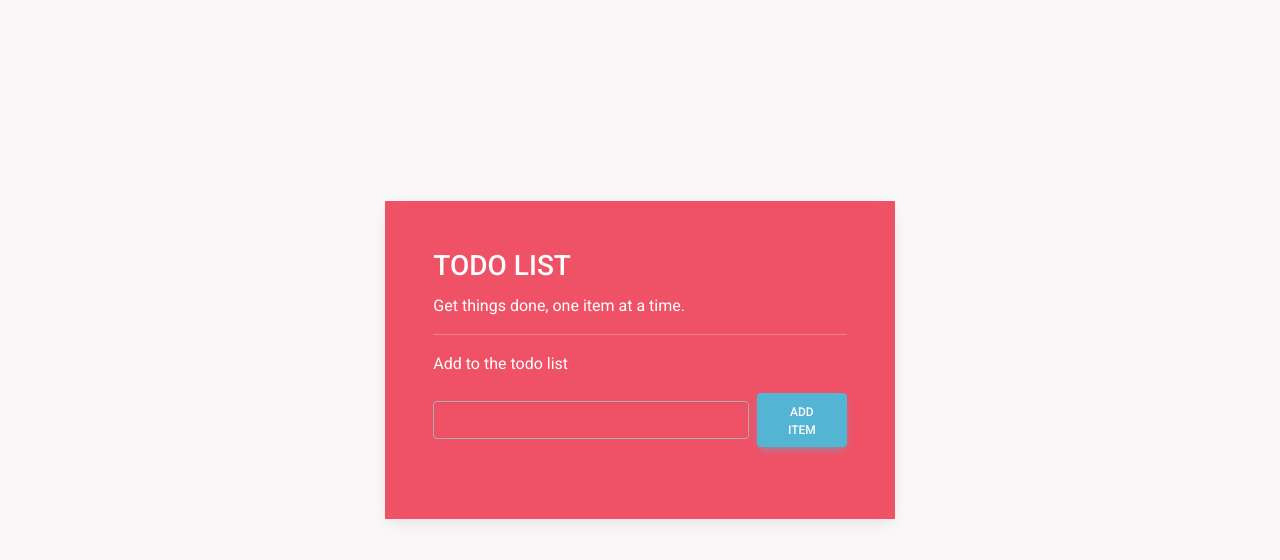
Repository: TinhTT336/MD02_HACKATHON01_HN_JV230620_BS_TranThiTinh_Basic
Page: /
These files come from the project's save history. The page is drawn as it stood at one moment and after a run of saves; the edit follows.
The browser window is 1280 px wide. The pictures show the whole page.
Some web libraries are served in a nearby version. The project was rebuilt for these pictures with package versions that can differ from the ones it lists, and the page was loaded fresh each time. Also part of the build but not shown: vite.config.js, src/App.css.

Above is the page before, as saved 2023-09-05 11:25:38.

### index.html
<!DOCTYPE html>
<html lang="en">
  <head>
    <meta charset="UTF-8" />
    <link rel="icon" type="image/svg+xml" href="/vite.svg" />
    <meta name="viewport" content="width=device-width, initial-scale=1.0" />
    <title>Vite + React</title>
    <link
      href="https://cdnjs.cloudflare.com/ajax/libs/font-awesome/6.0.0/css/all.min.css"
      rel="stylesheet"
    />
    <link
      href="https://fonts.googleapis.com/css?family=Roboto:300,400,500,700&display=swap"
      rel="stylesheet"
    />
    <link
      href="https://cdnjs.cloudflare.com/ajax/libs/mdb-ui-kit/6.2.0/mdb.min.css"
      rel="stylesheet"
    />
  </head>
  <body>
    <div id="root"></div>
    <script type="module" src="/src/main.jsx"></script>
  </body>
</html>

### src/App.jsx
import { useState } from 'react'
import './App.css'
import TodoList from './TodoList/todoList'

function App() {
  const [count, setCount] = useState(0)

  return (
    <>
      <TodoList />
    </>
  )
}

export default App

### src/index.css
/* :root {
  font-family: Inter, system-ui, Avenir, Helvetica, Arial, sans-serif;
  line-height: 1.5;
  font-weight: 400;

  color-scheme: light dark;
  color: rgba(255, 255, 255, 0.87);
  background-color: #242424;

  font-synthesis: none;
  text-rendering: optimizeLegibility;
  -webkit-font-smoothing: antialiased;
  -moz-osx-font-smoothing: grayscale;
  -webkit-text-size-adjust: 100%;
}

a {
  font-weight: 500;
  color: #646cff;
  text-decoration: inherit;
}
a:hover {
  color: #535bf2;
}

body {
  margin: 0;
  display: flex;
  place-items: center;
  min-width: 320px;
  min-height: 100vh;
}

h1 {
  font-size: 3.2em;
  line-height: 1.1;
}

button {
  border-radius: 8px;
  border: 1px solid transparent;
  padding: 0.6em 1.2em;
  font-size: 1em;
  font-weight: 500;
  font-family: inherit;
  background-color: #1a1a1a;
  cursor: pointer;
  transition: border-color 0.25s;
}
button:hover {
  border-color: #646cff;
}
button:focus,
button:focus-visible {
  outline: 4px auto -webkit-focus-ring-color;
}

@media (prefers-color-scheme: light) {
  :root {
    color: #213547;
    background-color: #ffffff;
  }
  a:hover {
    color: #747bff;
  }
  button {
    background-color: #f9f9f9;
  }
} */
body {
  background-color: #faf7f8 !important;
}
.vh-100 {
  width: 50% !important;
  margin: 0 auto !important;
}
.card-body {
  background-color: #ef5267 !important;
  color: #fff !important;
}

### src/TodoList/todoList.jsx
import React, { useRef, useState } from 'react'

export default function TodoList() {
    const [input, setInput] = useState("");
    const [todos, setTodos] = useState(() => {
        const list = JSON.parse(localStorage.getItem("todos")) || [];
        return list;
    });
    const inputRef = useRef();
    const [idEdit, setIdEdit] = useState(null);
    // ham them submit
    const handleSubmit = (e) => {
        e.preventDefault();
        if (input !== "") {
            const newTodo = {
                id: Date.now(),
                title: input,
                status: false,
            }
            const newList = [...todos, newTodo];
            setTodos(newList);
            localStorage.setItem("todos", JSON.stringify(newList));
            setInput("");
            inputRef.current.focus();
        }
        if (idEdit !== -1) {
            const newList = todos.map(t => t.id === idEdit ? (t = { ...t, title: input }) : (t = { ...t }));
            setTodos(newList);
            localStorage.setItem("todos", JSON.stringify(newList));
            inputRef.current.focus();
        }
    }
    // ham xoa
    const handleDelete = (id) => {
        const newList = todos.filter(t => t.id !== id);
        setTodos(newList);
        localStorage.setItem("todos", JSON.stringify(newList));
        inputRef.current.focus();
    }
    // ham sua
    const handleEdit = (id) => {
        const todoEdit = todos.find(t => t.id === id);
        setInput(todoEdit.title);
        setIdEdit(id);
        inputRef.current.focus();
    }
    // ham check
    const handleCheck = (id) => {
        const newList = todos.map(t => t.id === id ? (t = { ...t, status: !t.status }) : (t = { ...t }));
        setTodos(newList);
        localStorage.setItem("todos", JSON.stringify(newList));
        inputRef.current.focus();
    }
    return (
        <div>
            <section className="vh-100 gradient-custom">
                <div className="container py-5 h-100">
                    <div
                        className="row d-flex justify-content-center align-items-center
              h-100"
                    >
                        <div className="col col-xl-10">
                            <div className="card">
                                <div className="card-body p-5">
                                    <h3 style={{ marginBottom: 10 }}>
                                        TODO LIST
                                    </h3>
                                    <p>Get things done, one item at a time.</p>
                                    <hr></hr>
                                    {/* Tabs content */}
                                    <div className="tab-content">
                                        <div className="tab-pane fade show active">
                                            <ul className="list-group mb-0">
                                                {todos.map(t => (
                                                    <li key={t.id}
                                                        className="list-group-item d-flex
                                          align-items-center border-0 mb-2
                                          rounded justify-content-between"
                                                        style={{ backgroundColor: "#f4f6f7" }}
                                                    >
                                                        {t.status === true ? (<s>{t.title}</s>) : (<span>{t.title}</span>)}
                                                        <div>
                                                            <input
                                                                className="form-check-input me-2"
                                                                type="checkbox" checked={t.status === true} onChange={() => handleCheck(t.id)}
                                                            />
                                                            <a className="text-info" title="Sửa công việc" onClick={() => handleEdit(t.id)}>
                                                                <i
                                                                    className="fas
                                                      fa-pencil-alt
                                                      me-3"
                                                                />
                                                            </a>
                                                            <a onClick={() => handleDelete(t.id)}
                                                                className="text-danger"
                                                                title="Xóa công việc"
                                                            >
                                                                <i
                                                                    className="fas
                                                      fa-trash-alt"
                                                                />
                                                            </a>
                                                        </div>
                                                    </li>
                                                ))}
                                            </ul>
                                            <div className="tab-content">
                                                <p>Add to the todo list</p>
                                                <form onSubmit={handleSubmit}
                                                    className="d-flex justify-content-center
                              align-items-center mb-4"
                                                >
                                                    <div className="form-outline flex-fill">
                                                        <input type="text" id="form2" className="form-control" style={{ border: "1px solid #afafaf" }} value={input} onChange={(e) => setInput(e.target.value)} ref={inputRef} />
                                                        {/* <label className="form-label" htmlFor="form2">
                                                            ADD ITEM
                                                        </label> */}
                                                    </div>
                                                    <button
                                                        type="submit"
                                                        className="btn btn-info
                                  ms-2"
                                                    >
                                                        ADD ITEM
                                                    </button>
                                                </form>
                                            </div>
                                        </div>
                                    </div>
                                    {/* Tabs content */}
                                </div>
                            </div>
                        </div>
                    </div>
                </div>
            </section >

        </div >
    )
}

### src/TodoList/Todos.jsx
import React, { useRef, useState } from 'react'

export default function Todos() {
    const todoRef = useRef();
    const [todo, setTodo] = useState("");
    const [todos, setTodos] = useState(() => {
        const list = JSON.parse(localStorage.getItem("todos")) || [];
        return list;
    });
    const [idEdit, setIdEdit] = useState(null);
    // ham submit -add
    const handleSubmit = (e) => {
        e.preventDefault();
        if (todo !== "") {
            const inputTodo = {
                id: Date.now(),
                title: todo,
                completed: false,
            }
            const newTodos = ([...todos, inputTodo]);
            setTodos(newTodos)
            localStorage.setItem("todos", JSON.stringify(newTodos));
            setTodo("");
            todoRef.current.focus();
        }
        if (idEdit !== -1) {
            // const editTodo = todos.find(t => t.id === idEdit);
            // const updateTodos = todos.map(t => t.id === editTodo.id ? t = { ...t, title: todo } : t = { ...t });
            const updateTodos = todos.map(t => t.id === idEdit ? t = { ...t, title: todo } : t = { ...t });
            setTodos(updateTodos);
            localStorage.setItem("todos", JSON.stringify(updateTodos));
        }
    }
    // ham check
    const handleCheck = (id) => {
        const checkedTodos = todos.map(todo => todo.id === id ? { ...todo, completed: !todo.completed } : { ...todo })
        setTodos(checkedTodos);
        localStorage.setItem("todos", JSON.stringify(checkedTodos));
    }
    // ham xoa
    const handleDelete = (id) => {
        const newTodos = todos.filter(t => t.id !== id);
        setTodos(newTodos);
        localStorage.setItem("todos", JSON.stringify(newTodos));
        todoRef.current.focus();

    }
    // ham cap nhat
    const handleUpdate = (t) => {
        const editTodo = todos.find(item => item.id === t.id);
        setTodo(editTodo.title);
        setIdEdit(t.id);
        todoRef.current.focus();
    }
    return (
        <div>
            <section className="vh-100 gradient-custom">
                <div className="container py-5 h-100">
                    <div
                        className="row d-flex justify-content-center align-items-center
              h-100"
                    >
                        <div className="col col-xl-10">
                            <div className="card">
                                <div className="card-body p-5">
                                    <h3 style={{ textAlign: "center", marginBottom: 40 }}>
                                        MINI PROJECT TODO LIST
                                    </h3>
                                    <form onSubmit={handleSubmit}
                                        className="d-flex justify-content-center
                              align-items-center mb-4"
                                    >
                                        <div className="form-outline flex-fill">
                                            <input ref={todoRef} type="text" id="form2" className="form-control" value={todo} onChange={(e) => setTodo(e.target.value)} />
                                            <label className="form-label" htmlFor="form2">
                                                Thêm công việc
                                            </label>
                                        </div>
                                        <button
                                            type="submit"
                                            className="btn btn-info
                                  ms-2"
                                        >
                                            Thêm
                                        </button>
                                    </form>
                                    {/* Tabs navs */}
                                    <ul className="nav nav-tabs mb-4 pb-2" id="ex1" role="tablist">
                                        <li className="nav-item" role="presentation">
                                            <a className="nav-link active">Tất cả công việc</a>
                                        </li>
                                    </ul>
                                    {/* Tabs navs */}
                                    {/* Tabs content */}
                                    <div className="tab-content">
                                        <div className="tab-pane fade show active">
                                            <ul className="list-group mb-0">
                                                {/* {todos.length === 0 ? (<li>Chua co cong viec nao</li>) : */}
                                                {
                                                    todos.map(t => (
                                                        <li key={t.id}
                                                            className="list-group-item d-flex
                                          align-items-center border-0 mb-2
                                          rounded justify-content-between"
                                                            style={{ backgroundColor: "#f4f6f7" }}
                                                        >
                                                            <div>
                                                                <input onChange={() => handleCheck(t.id)}
                                                                    checked={t.completed === true}
                                                                    className="form-check-input me-2"
                                                                    type="checkbox"
                                                                />
                                                                {t.completed ? (<s>{t.title}</s>) : (<span>{t.title}</span>)}
                                                            </div>
                                                            <div>
                                                                <a onClick={() => handleUpdate(t)} className="text-info" title="Sửa công việc">
                                                                    <i
                                                                        className="fas
                                                      fa-pencil-alt
                                                      me-3"
                                                                    />
                                                                </a>
                                                                <a onClick={() => handleDelete(t.id)}
                                                                    className="text-danger"
                                                                    title="Xóa công việc"
                                                                >
                                                                    <i
                                                                        className="fas
                                                      fa-trash-alt"
                                                                    />
                                                                </a>
                                                            </div>
                                                        </li>
                                                    ))
                                                }
                                                {/* } */}
                                            </ul>
                                        </div>
                                    </div>
                                    {/* Tabs content */}
                                </div>
                            </div>
                        </div>
                    </div>
                </div>
            </section>

        </div>
    )
}

Loaded but not shown: src/main.jsx (common file)

After the next 2 saves:
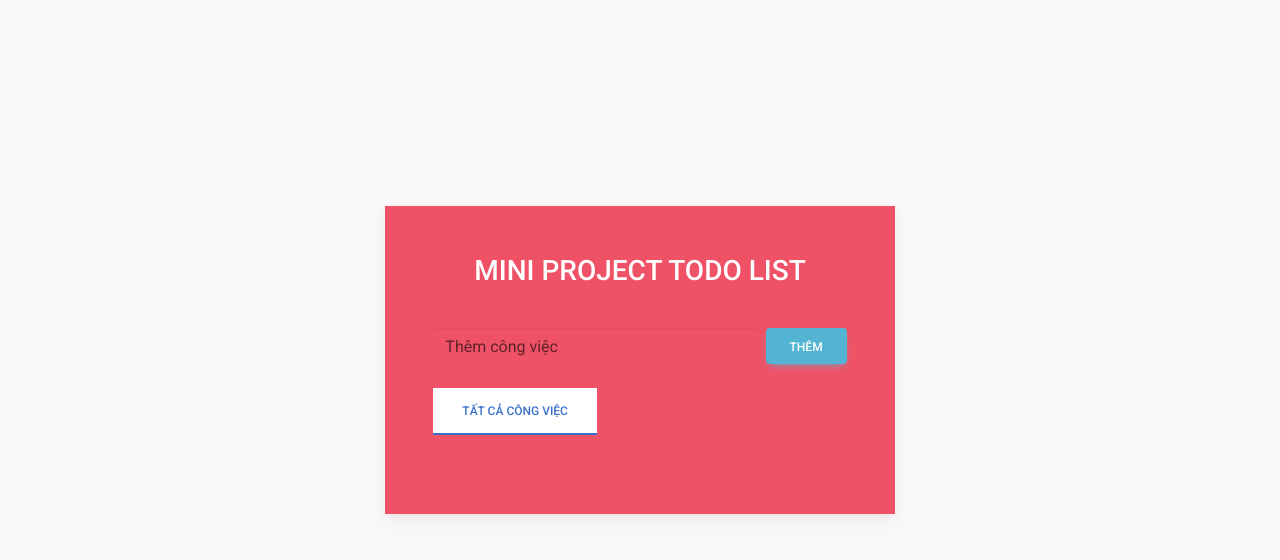
The 2 saves are shown as one change because they came seconds apart.
The last was saved 20 s later.
--- a/src/App.jsx
+++ b/src/App.jsx
@@ -1,13 +1,15 @@
 import { useState } from 'react'
 import './App.css'
 import TodoList from './TodoList/todoList'
+import Todos from './TodoList/Todos'
 
 function App() {
   const [count, setCount] = useState(0)
 
   return (
     <>
-      <TodoList />
+      {/* <TodoList /> */}
+      <Todos />
     </>
   )
 }

After the save that followed:
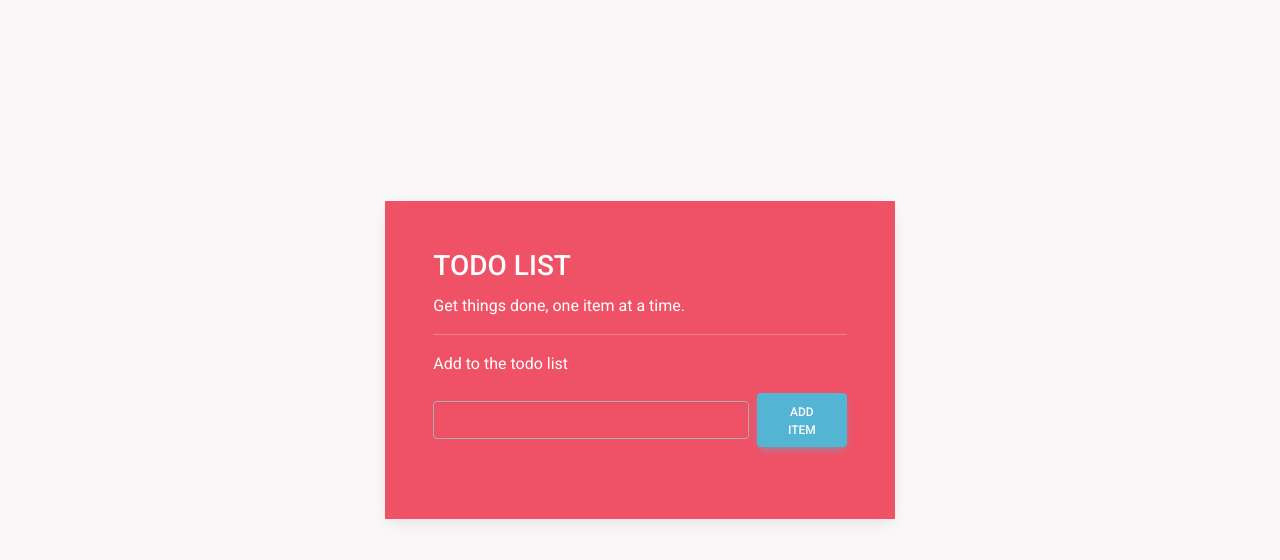
Saved 24 s later.
--- a/src/App.jsx
+++ b/src/App.jsx
@@ -8,8 +8,7 @@
 
   return (
     <>
-      {/* <TodoList /> */}
-      <Todos />
+      <TodoList />
     </>
   )
 }
